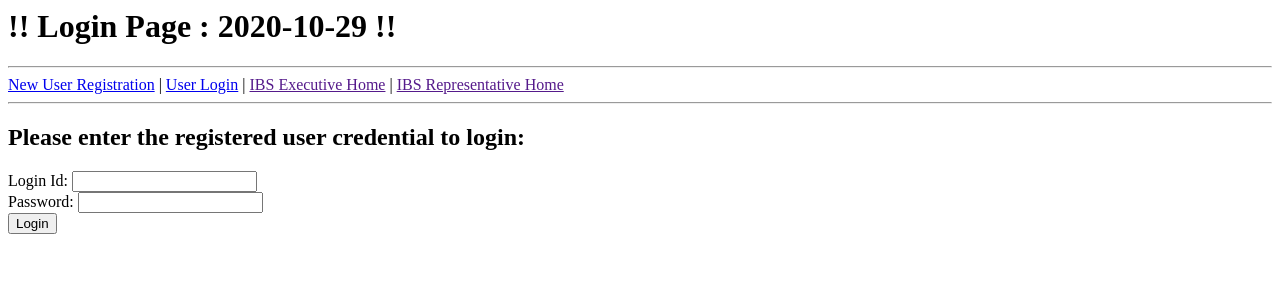
Repository: anik84/ibs
Page: http://localhost/IBS/user_login.jsp
An editor plug-in stored every save of this project. The page is shown before and after the next save, followed by the edit.
The browser window is 1280 px wide. The pictures show the whole page.
The page is served by Tomcat 9. Other server files are loaded and not shown.

Above is the page before, as saved 2020-10-29 05:14:14.

### IBS_JSPs/IBS/WebContent/user_login.jsp
<%@page import="java.time.LocalDate"%>
<html>
	<head>
		<title>login page</title>
	</head>
	<body>
		<h1>!! Login Page : <%=LocalDate.now() %> !!</h1>
		<jsp:include page="user_menu.jsp"/>

		<h2>Please enter the registered user credential to login:</h2>
		<form action="newuser" method="POST" >
			<div>
				<label>Login Id: </label>
				<input type="text" name="firstName" required />
			</div>
			<div>
				<label>Password: </label>
				<input type="text" name="lastName" required />
			</div>
			<div>
				<button>Login</button>
			</div>
		</form>
	</body>
</html>

### IBS_JSPs/IBS/WebContent/user_menu.jsp
<nav>
	<hr />
	 <a href="new_user_registration_form.jsp">New User Registration</a>
	 <span> | </span>
	 <a href="user_login.jsp">User Login</a>
	 <span> | </span>
	 <a href="">IBS Executive Home</a>
	 <span> | </span>
	 <a href="">IBS Representative Home</a>
	<hr />
</nav>

After the next save:
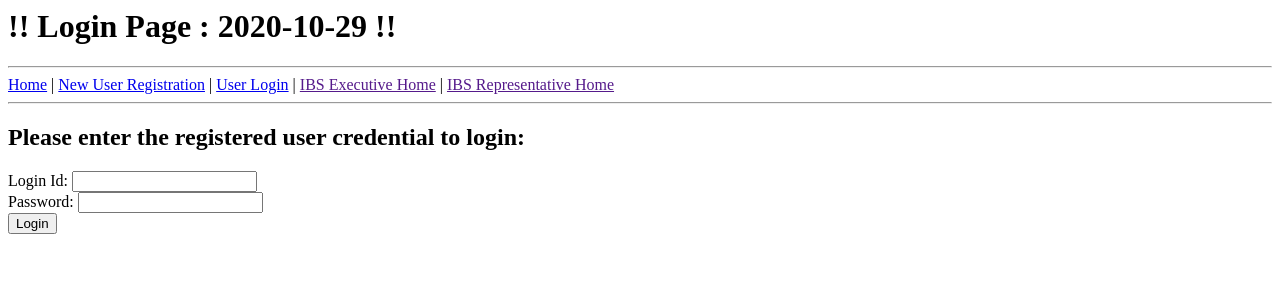
Saved 5 min 0 s later.
--- a/IBS_JSPs/IBS/WebContent/user_menu.jsp
+++ b/IBS_JSPs/IBS/WebContent/user_menu.jsp
@@ -1,5 +1,7 @@
 <nav>
 	<hr />
+	 <a href="index.jsp">Home</a>
+	 <span> | </span>
 	 <a href="new_user_registration_form.jsp">New User Registration</a>
 	 <span> | </span>
 	 <a href="user_login.jsp">User Login</a>
